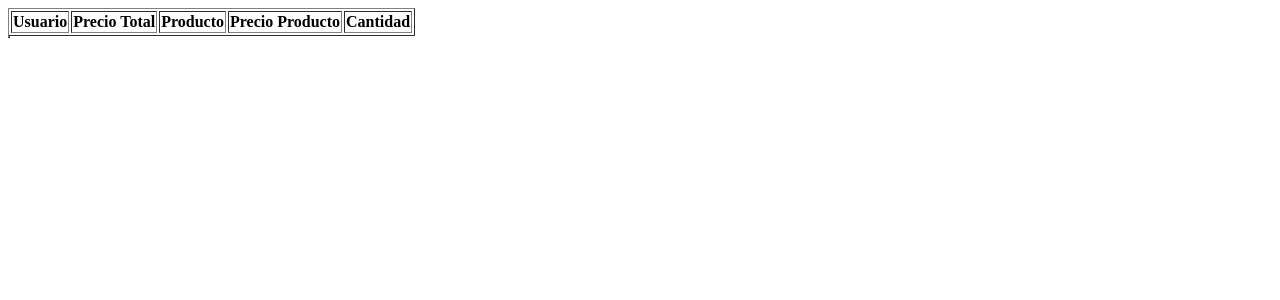
Repository: daniddm/TrabajaDawEcommerce
Page: http://localhost/Ecommerce_SanTierno/verVentas.jsp
The author's editor kept a copy of each file at every save. The page is drawn from the files as they stood at one save, then again after the next save.
The browser window is 1280 px wide. The pictures show the whole page.
The page is served by Tomcat 9.

Above is the page before, as saved 2021-12-08 14:06:59.

After the next save:
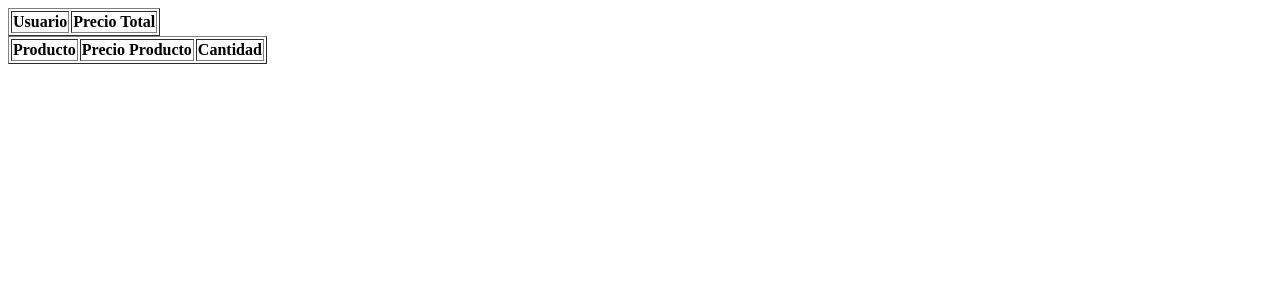
Saved 63 s later.
--- a/Ecommerce_SanTierno/WebContent/verVentas.jsp
+++ b/Ecommerce_SanTierno/WebContent/verVentas.jsp
@@ -12,9 +12,7 @@
 		<tr>
 			<th>Usuario</th>
 			<th>Precio Total</th>
-			<th>Producto</th>
-			<th>Precio Producto</th>
-			<th>Cantidad</th>
+
 		</tr>
 
 		<c:forEach var="ven" items="${sessionScope.listaVentas}">
@@ -25,6 +23,11 @@
 		</c:forEach>
 	</table>
 	<table border="1">
+		<tr>
+		<th>Producto</th>
+			<th>Precio Producto</th>
+			<th>Cantidad</th>
+		</tr>
 		<c:forEach var="pven" items="${sessionScope.listaVentaProducto}">
 
 		  	<td>${pven.producto.nombre}</td>
